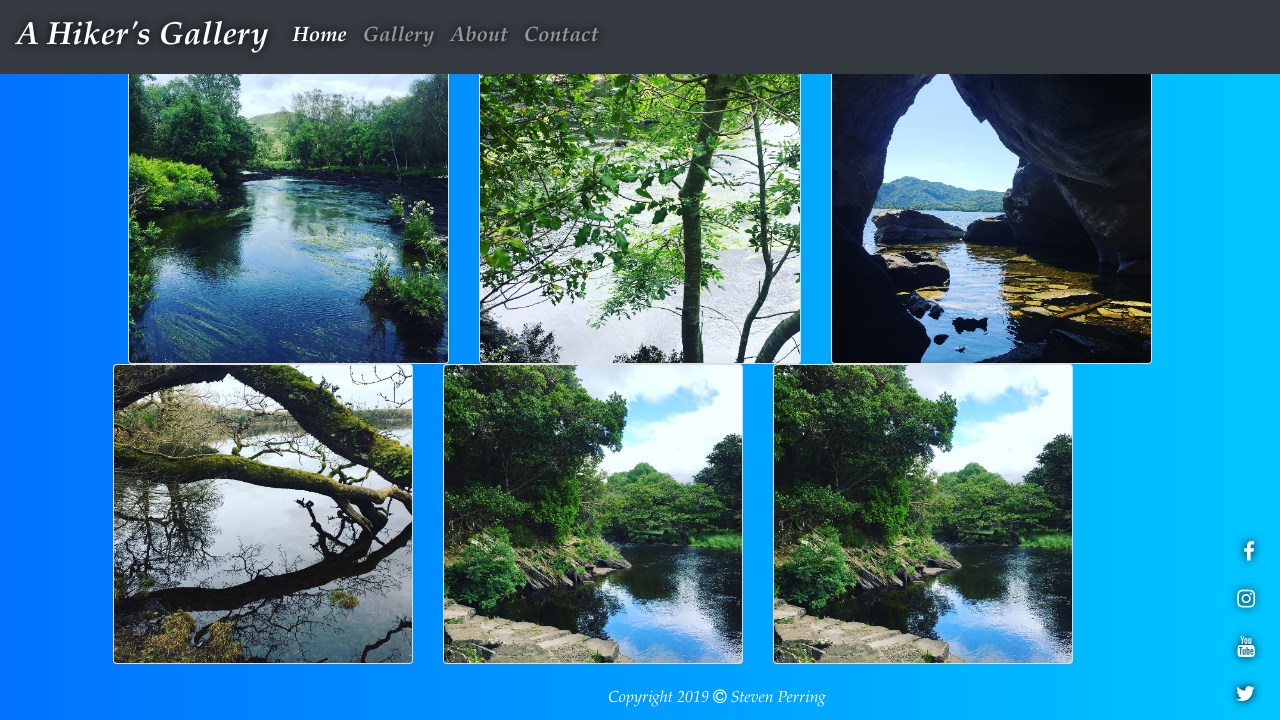
Repository: S-Perring/hiker
Page: gallery.html
The author's editor kept a record of every edit. The page is drawn from the files as they stood at one moment, then again after the next edit.
The browser window is 1280 px wide. The pictures show the whole page.
Some web fonts or font styles are not loaded; a fallback is used.

Above is the page before.

After the next edit:
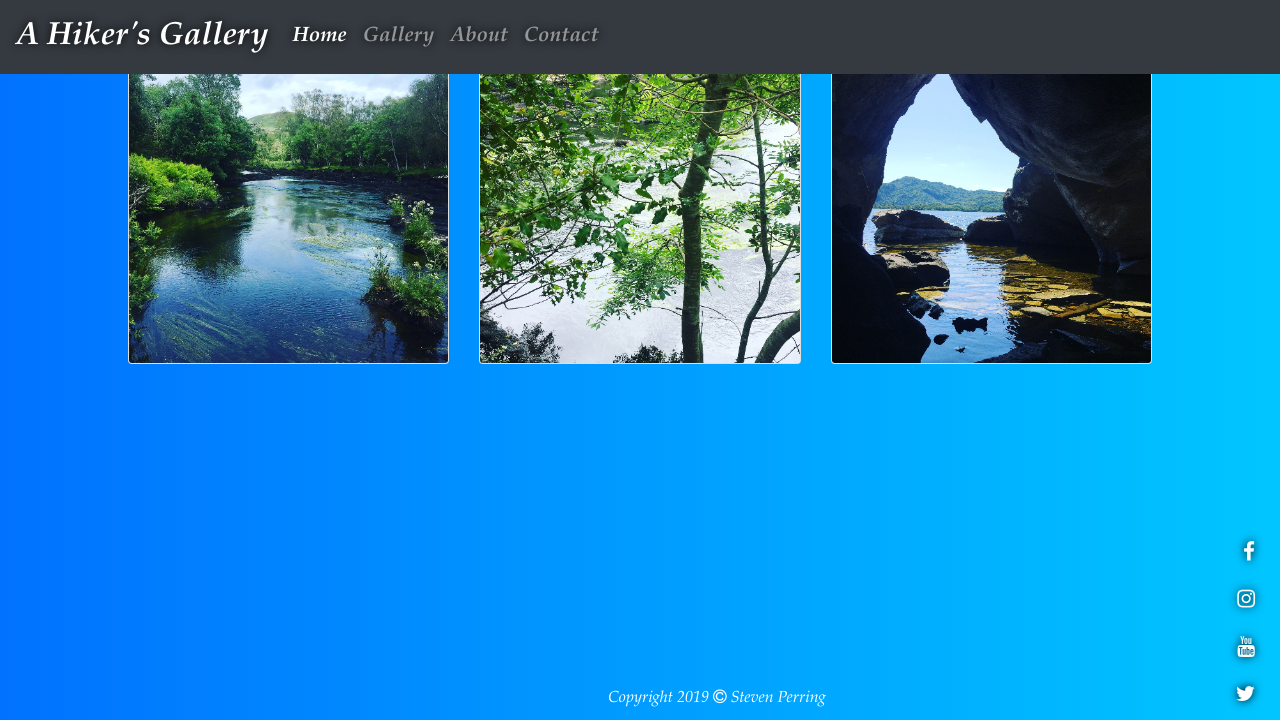
The edit:
--- a/gallery.html
+++ b/gallery.html
@@ -61,25 +61,6 @@
                             alt="A tree with no leaves at the side of a lake">
                         </div>
 
-                            <div class="card-deck">
-
-                    <div class="card">
-                        <img src="css/images/4.JPG" class="card-img-top"
-                            alt="Lighthouse on top of a cliff at sunset">
-                        </div>
-
-                    <div class="card">
-                        <img src="css/images/5.JPG" class="card-img-top"
-                            alt="Cliffs by the sea at sunset with a bright moon">
-                        </div>
-
-
-                    <div class="card">
-                        <img src="css/images/6.JPG" class="card-img-top"
-                            alt="A tree with no leaves at the side of a lake">
-                        </div>
-
-
 
 
 
